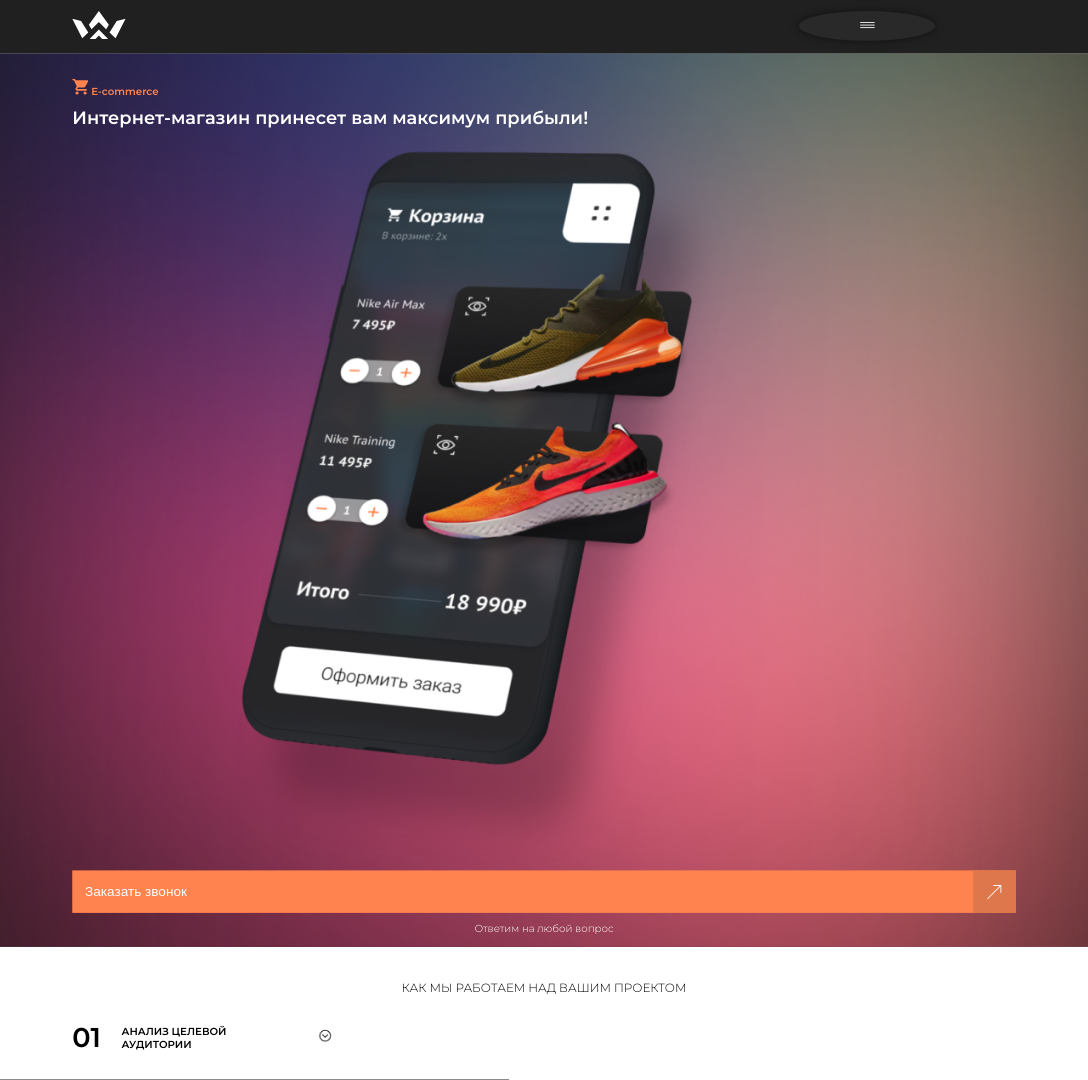
Repository: Gabi0605/my-tests
Page: web_alternative/index.html
An editor plug-in stored every save of this project. The page is shown before and after a run of saves, followed by the edit.
The browser window is 1280 px wide. The pictures show the whole page, at 85% of full size.
The style sheet was rebuilt from its Sass, Less or Tailwind sources for each picture, by a compiler version that may differ from the author's.

Above is the page before, as saved 2020-01-19 20:18:49.

After the next 2 saves:
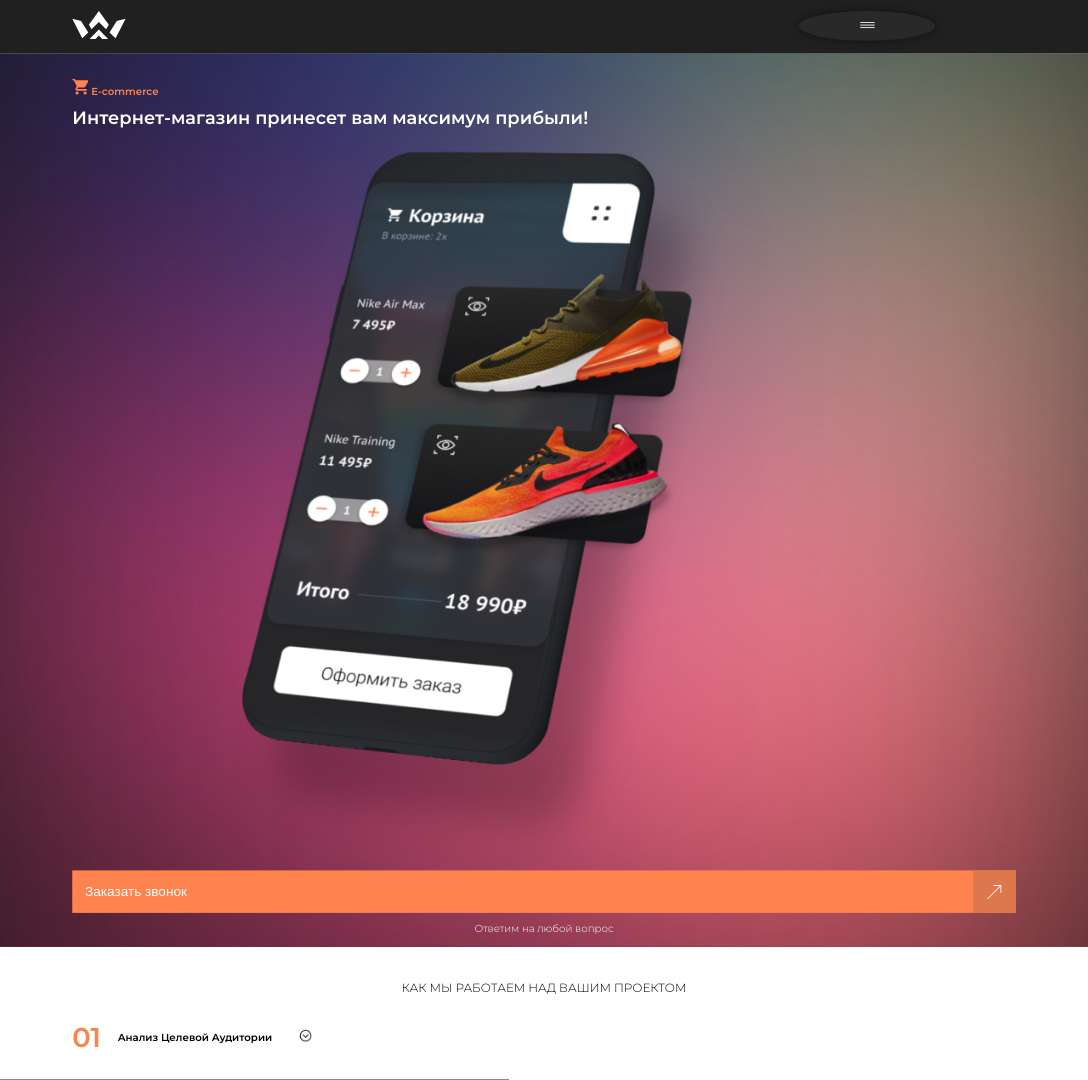
The 2 saves are shown as one change because they came seconds apart.
The last was saved 2 min 12 s later.
--- a/web_alternative/less/style.less
+++ b/web_alternative/less/style.less
@@ -132,10 +132,10 @@
             font-weight: 600;
         }
         &-active{
-            &__number{
+            .item__number{
                 color: @orange;
             }
-            &__p{
+            .item__p{
                 text-transform: capitalize;
             }
         }
